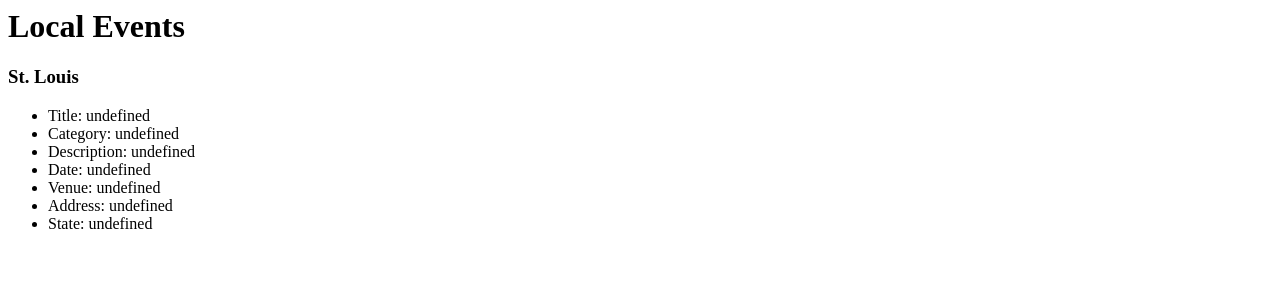
Repository: JohnRudolph1/Events-JSON
Page: index.html
An editor plug-in stored every save of this project. The page is shown before and after the next save, followed by the edit.
The browser window is 1280 px wide. The pictures show the whole page.

Above is the page before, as saved 2022-01-10 09:39:35.

### index.html
<html>
   <head>
      <title>Events</title>
      <script>
         window.addEventListener("load", function() {
            fetch("./json.js").then( function(response) {
               response.json().then( function(json) {
                  const div = document.getElementById("events");
                  // Add HTML that includes the JSON data
                  div.innerHTML = `
                     <ul>
                        <li>Title: ${json.title}</li>
                        <li>Category: ${json.category}</li>
                        <li>Description: ${json.description}</li>
                        <li>Date: ${json.start}</li>
                        <li>Venue: ${json.venue_name}</li>
                        <li>Address: ${json.venue_formatted_address}</li>
                        <li>State: ${json.state}</li>

                     </ul>
                  `;
               });
            });
         });
      </script>
   </head>
   <body>
      <h1>Local Events</h1>
      <h3>St. Louis</h3>
      <div id="events">
         <!-- Weather data is added here dynamically. -->
      </div>
   </body>
</html>

Loaded but not shown: json.js (1073 lines, source omitted)

After the next save:
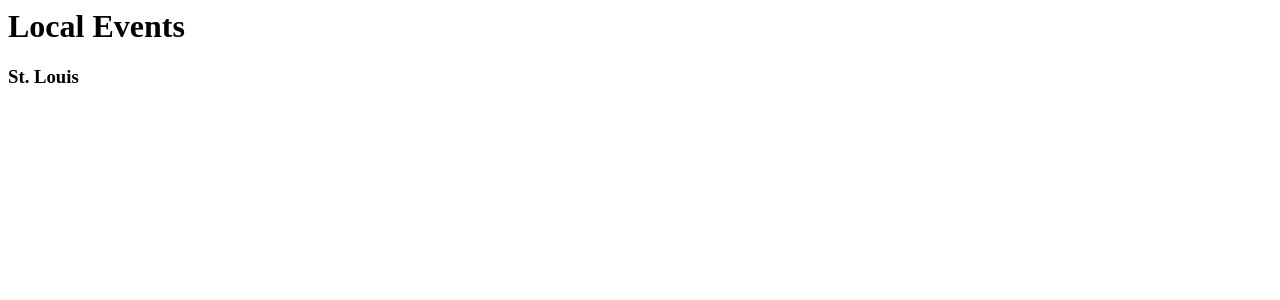
Console error (its wording comes from the project's code and is left out).
Saved 4 s later.
--- a/index.html
+++ b/index.html
@@ -3,7 +3,7 @@
       <title>Events</title>
       <script>
          window.addEventListener("load", function() {
-            fetch("./json.js").then( function(response) {
+            fetch(/json.js").then( function(response) {
                response.json().then( function(json) {
                   const div = document.getElementById("events");
                   // Add HTML that includes the JSON data
